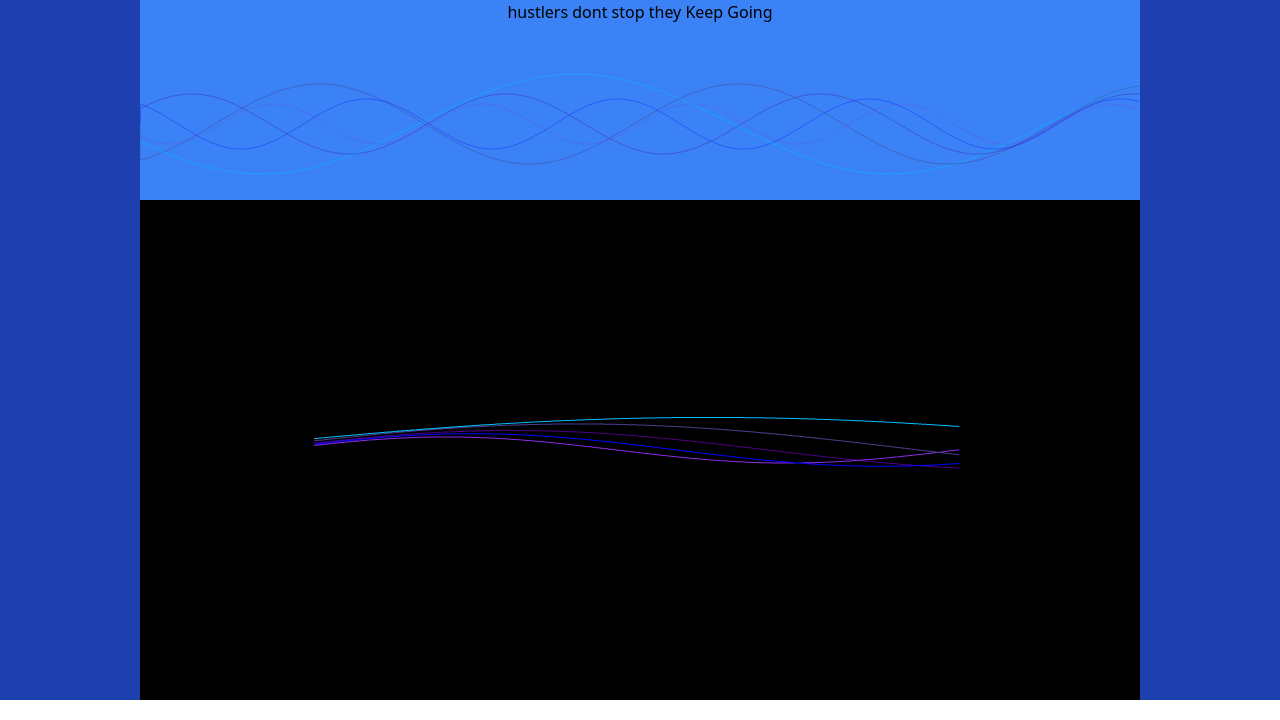
Repository: TMuse333/quantum-experiments
Page: /
The author's editor kept a copy of each file at every save. The page is drawn from the files as they stood at one save, then again after the next save.
The browser window is 1280 px wide. The pictures show the whole page.
The project was rebuilt for these pictures with package versions that can differ from the ones it lists, and the page was loaded fresh each time. Also part of the build but not shown: vite.config.ts.

Above is the page before, as saved 2024-06-08 18:23:56.

After the next save:
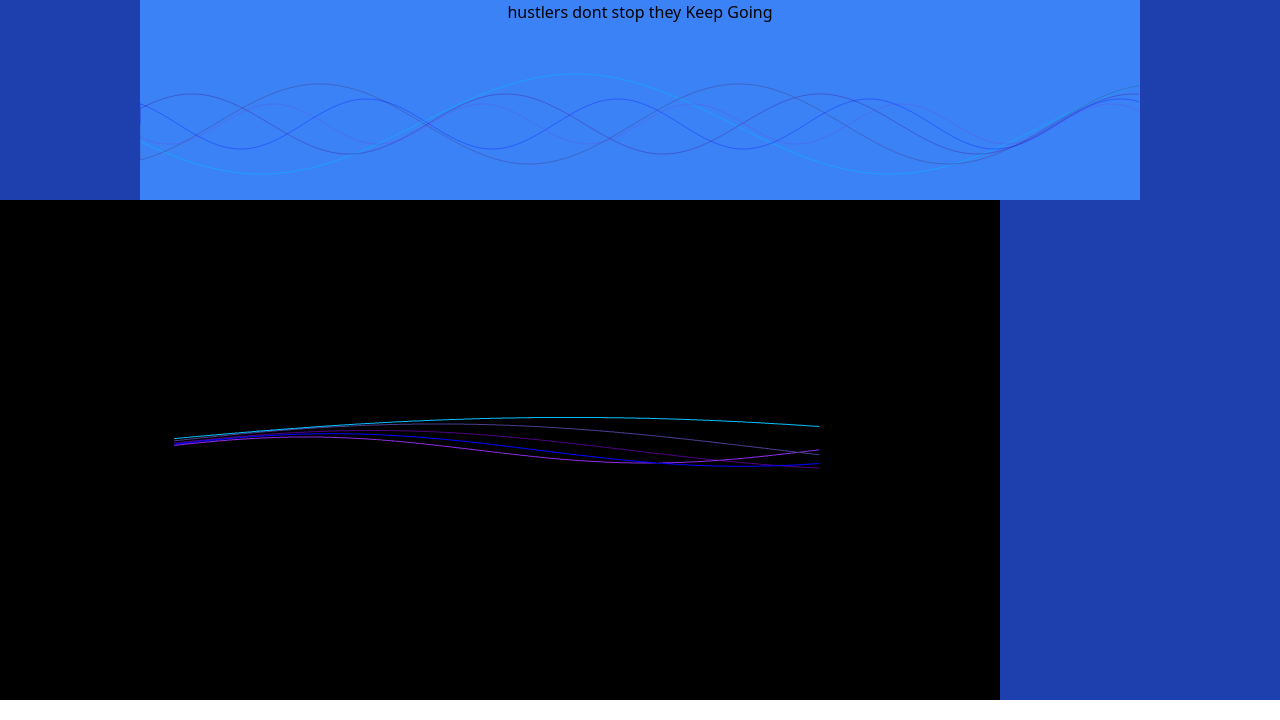
Saved 12 s later.
--- a/src/components/sineWave/threeeJsWave/threeJsWave.tsx
+++ b/src/components/sineWave/threeeJsWave/threeJsWave.tsx
@@ -83,7 +83,7 @@ const ThreeJSWave: React.FC = () => {
   }, []);
 
   return (
-    <div className='w-screen h-[500px] max-w-[1000px] mx-auto bg-black' ref={containerRef}>
+    <div className='w-screen h-[500px] max-w-[1000px] mr-auto bg-black' ref={containerRef}>
 
     </div>
   );
